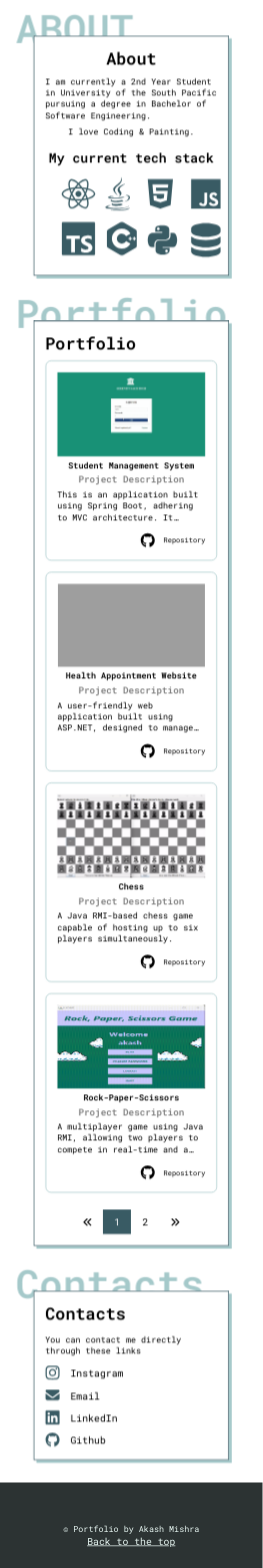
Repository: akashrawr/portfolio
Page: /
The author's editor kept a copy of each file at every save. The page is drawn from the files as they stood at one save, then again after the next save.
The browser window is 375 px wide. The pictures show the part of the page from y = 587 to 2827 px (the page is 2855 px tall before and 2758 px after), at 70% of full size.
Pictures or frames that could not be fetched are drawn as grey boxes. The project was rebuilt for these pictures with package versions that can differ from the ones it lists, and the page was loaded fresh each time.

Above is the page before, as saved 2024-12-12 13:33:47.

After the next save:
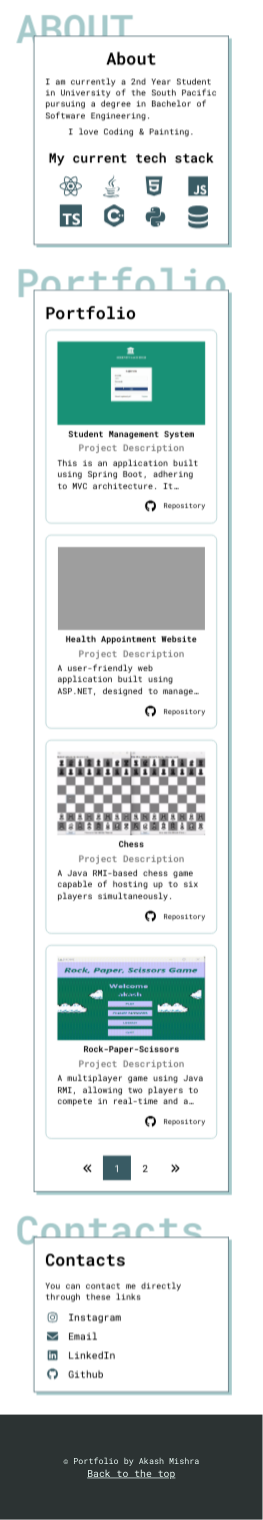
Saved 101 s later.
--- a/src/App.css
+++ b/src/App.css
@@ -796,6 +796,40 @@ input:not(:checked) + .slider .icon {
   color: var(--icon-1);
 }
 
+/* Responsive Adjustments */
+@media (max-width: 768px) {
+  .about-icon {
+    font-size: 2.5rem; /* Slightly smaller on smaller devices */
+    margin: 0.4rem;
+  }
+
+  .project-icons {
+    font-size: 1.2rem; /* Smaller icon size on smaller screens */
+    margin-right: 0.4rem;
+  }
+
+  .contact-icons {
+    font-size: 1.2rem; /* Smaller icon size on smaller screens */
+    margin-right: 0.4rem;
+  }
+}
+
+@media (max-width: 480px) {
+  .about-icon {
+    font-size: 2rem; /* Even smaller on very small devices */
+    margin: 0.3rem;
+  }
+
+  .project-icons {
+    font-size: 1rem; /* Further reduced icon size for very small screens */
+    margin-right: 0.3rem;
+  }
+
+  .contact-icons {
+    font-size: 1rem; /* Further reduced icon size for very small screens */
+    margin-right: 0.3rem;
+  }
+}
 
 .pagination {
   display: flex;
